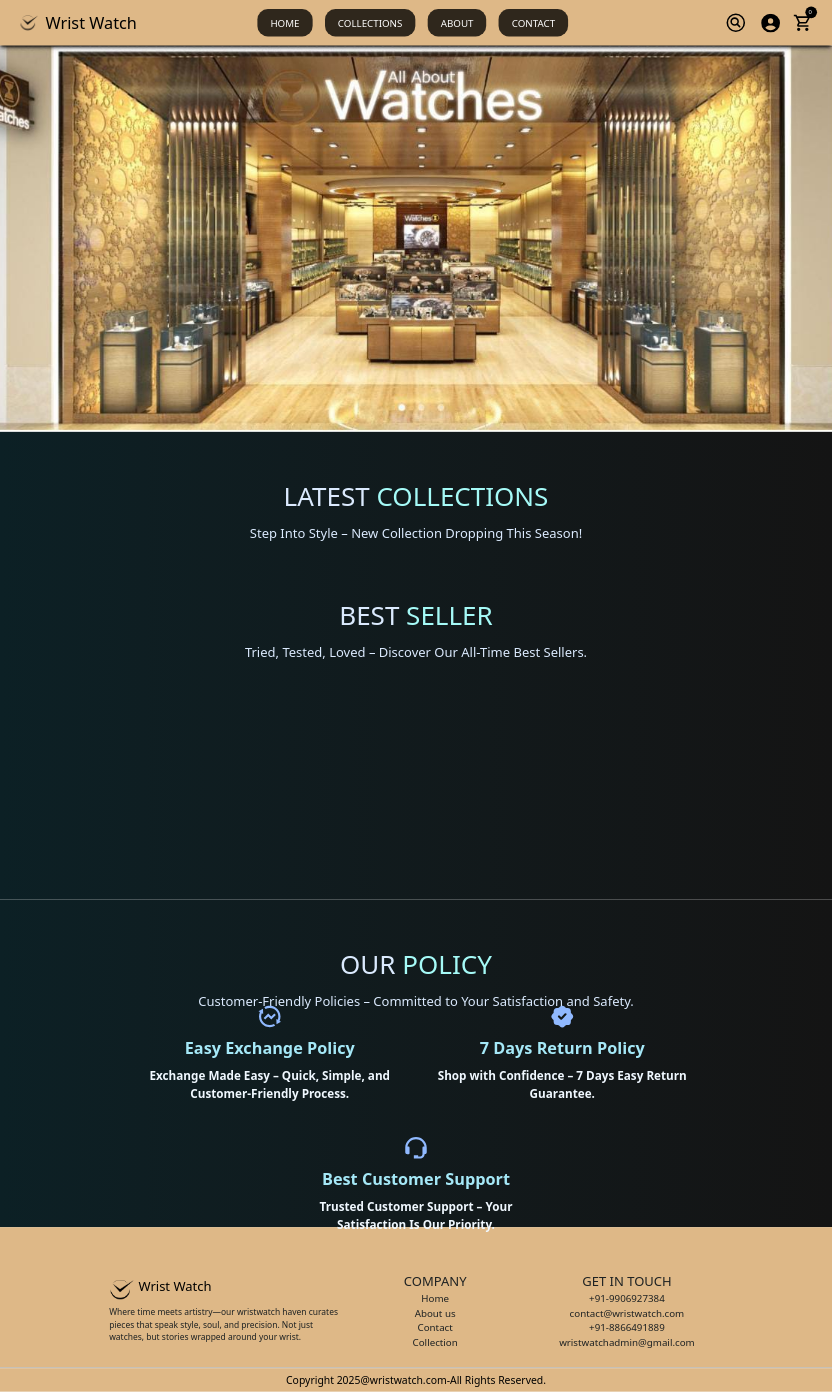
Repository: mansibhanushali/online_watch_ecommerce_mernstack_webapplication
Page: / (app in frontend/)
An editor plug-in stored every save of this project. The page is shown before and after the next save, followed by the edit.
The browser window is 1280 px wide. The pictures show the whole page, at 65% of full size.
The page's requests for data from a server got no answer. The project was rebuilt for these pictures with package versions that can differ from the ones it lists, and the page was loaded fresh each time. No one was signed in, and anything a server would have sent is missing. Also part of the build but not shown: frontend/vite.config.js, frontend/src/component/Loading.jsx, frontend/src/pages/Registration.jsx, frontend/src/component/Card.jsx, frontend/src/pages/Login.jsx, frontend/src/pages/About.jsx, frontend/src/pages/Collections.jsx, frontend/src/pages/Contact.jsx and 6 more.

Above is the page before, as saved 2025-08-15 22:28:12.

After the next save:
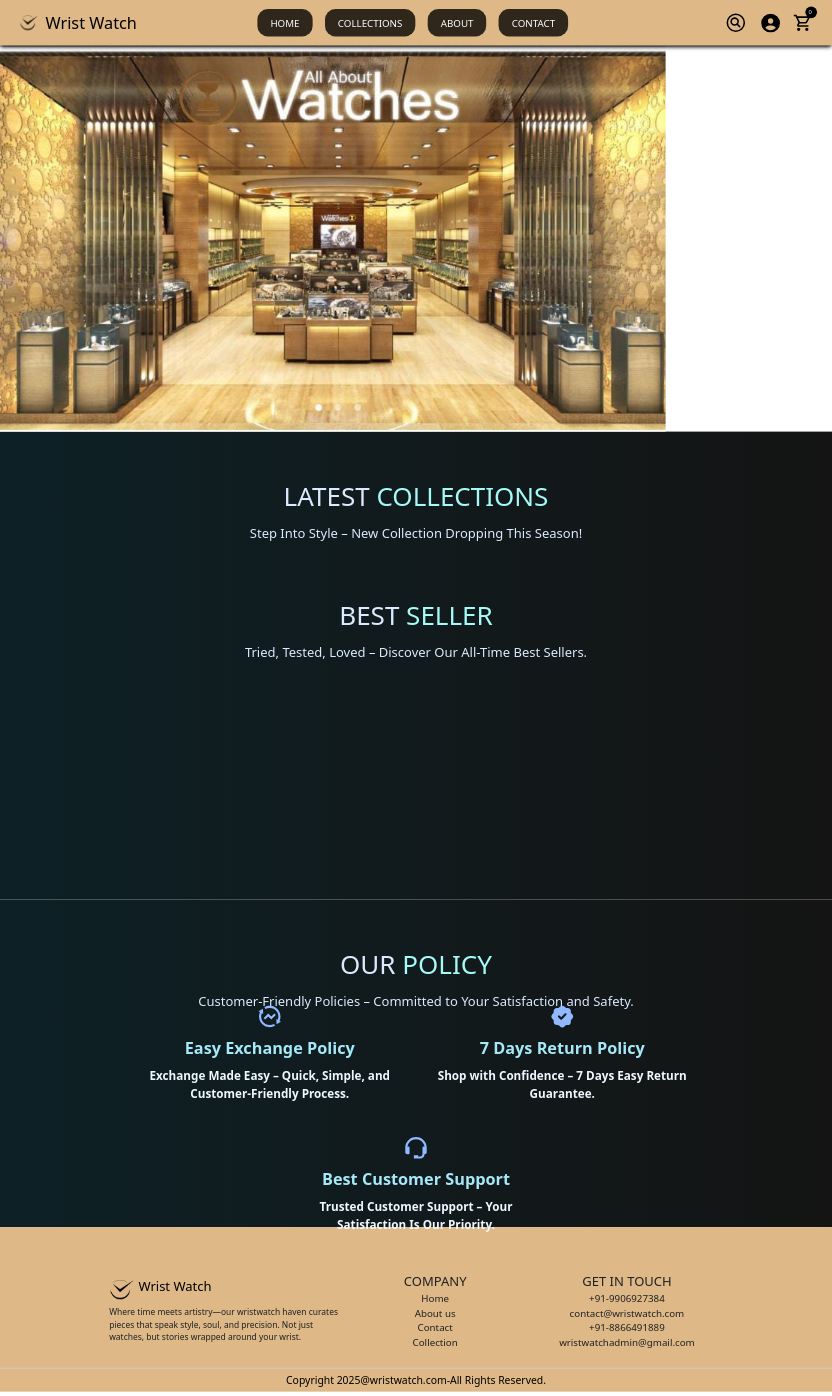
Saved 22 s later.
--- a/frontend/src/pages/Home.jsx
+++ b/frontend/src/pages/Home.jsx
@@ -16,7 +16,7 @@ function Home() {
 
   return (
     <div className="overflow-x-hidden relative top-[70px]">
-      <div className="w-[100vw] lg:h-[55vh] md:h-[50vh] sm:h-[30vh] bg-gradient-to-l from-[burlwood] to-[burlywood]">
+      <div className="w-[80vw] lg:h-[55vh] md:h-[50vh] sm:h-[30vh] bg-gradient-to-l from-[burlwood] to-[burlywood]">
         <Backgound heroCount={heroCount} />
       </div>
       <Product />
